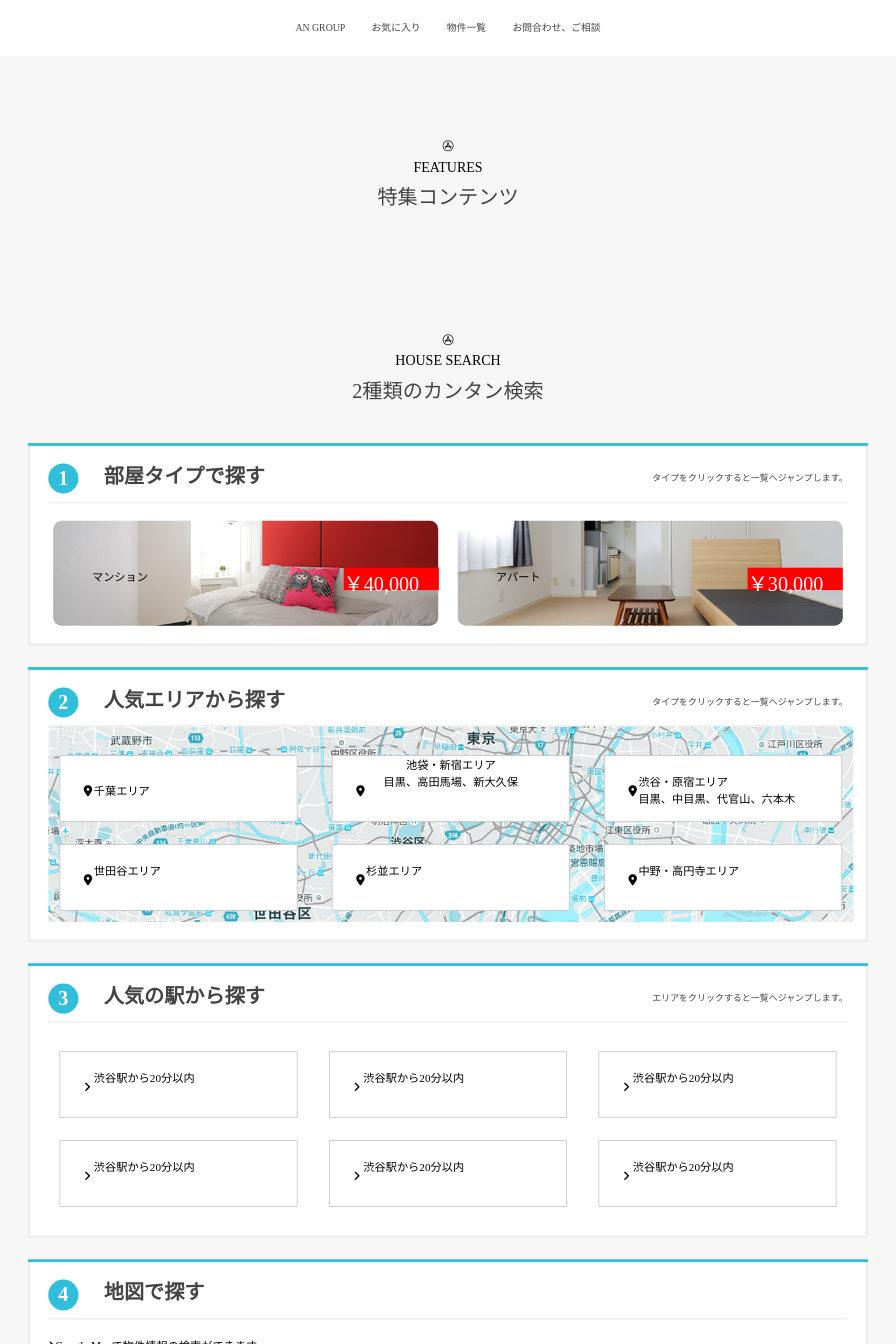
Repository: ninhdavid/real-estate
Page: index.html
The author's editor kept a copy of each file at every save. The page is drawn from the files as they stood at one save, then again after the next save.
The browser window is 1280 px wide. The pictures show the part of the page from y = 0 to 1920 px (the page is 3289 px tall), at 70% of full size.
Some web libraries are served in a nearby version. The style sheet was rebuilt from its Sass, Less or Tailwind sources for each picture, by a compiler version that may differ from the author's.

Above is the page before, as saved 2022-05-27 21:21:19.

After the next save:
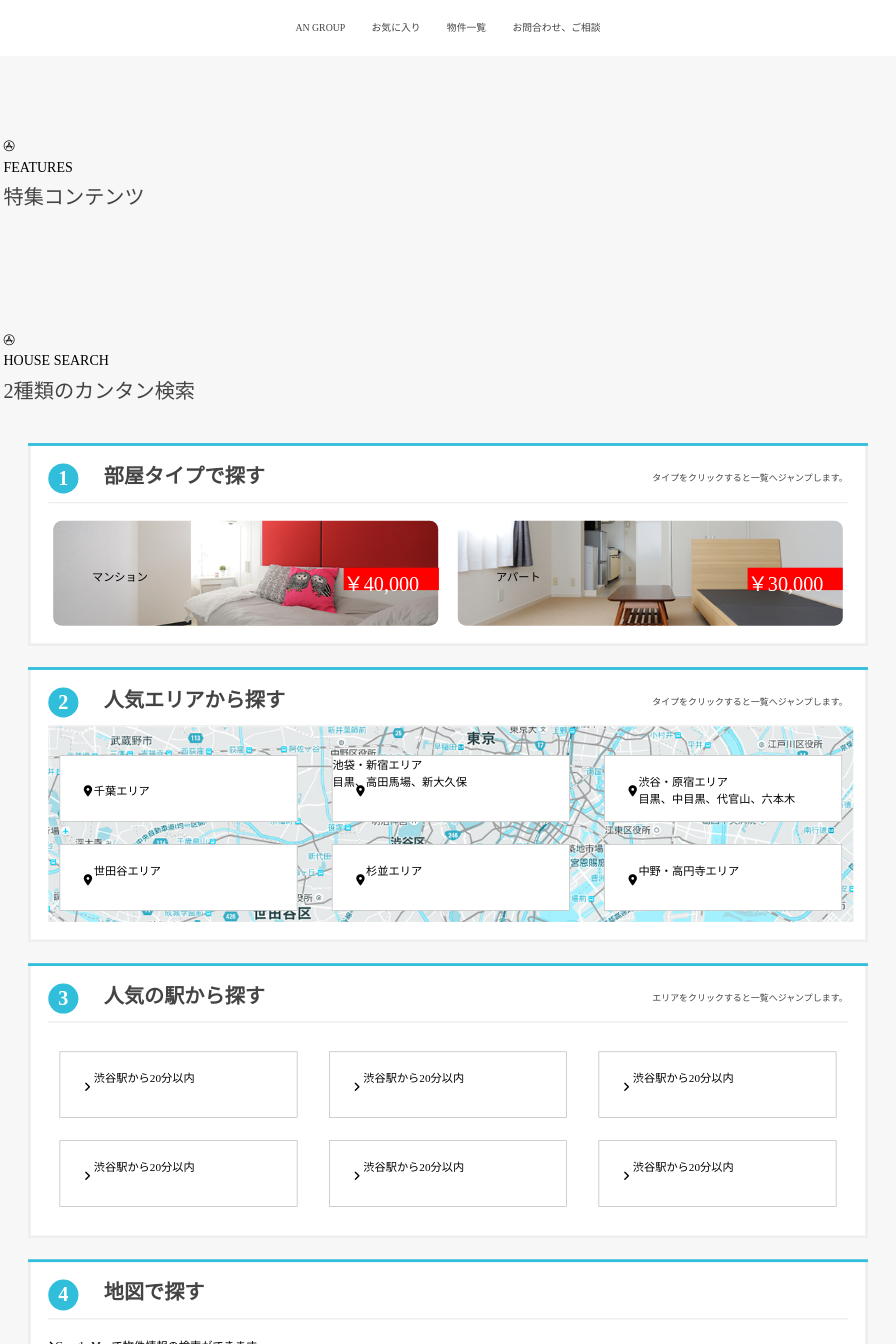
Saved 89 s later.
--- a/css/main.scss
+++ b/css/main.scss
@@ -54,7 +54,7 @@
 }
 .content-section{
     display: block;
-    text-align: center;
+    // text-align: center;
     padding:60px 0;
 }
 .title-section{
